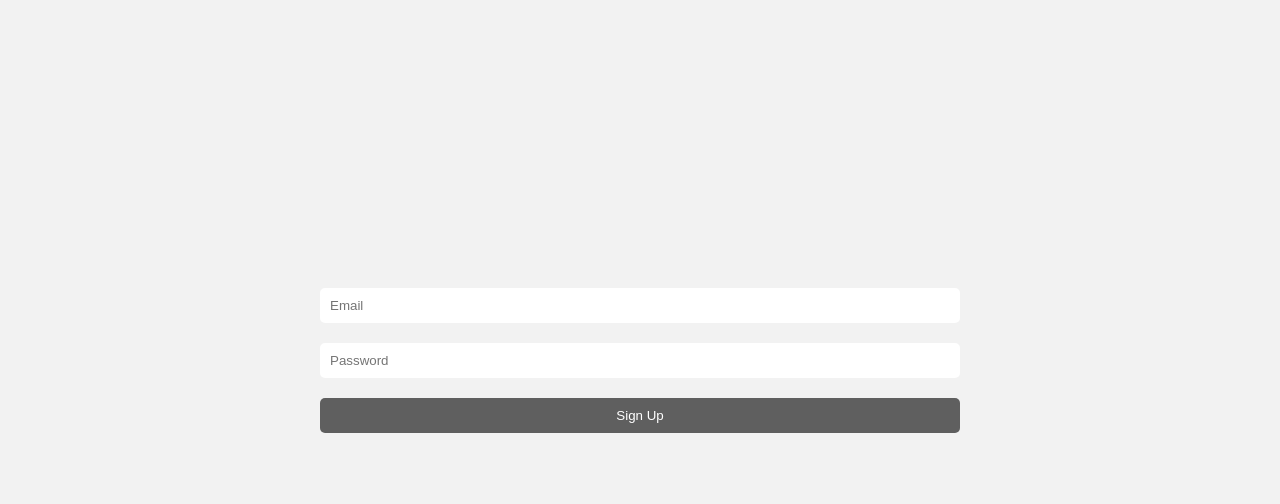
Repository: jegramin/node-auth-frontend
Page: /signup
These files come from the project's save history. The page is drawn as it stood at one moment and after the next save; the edit follows.
The browser window is 1280 px wide. The pictures show the whole page.
The project was rebuilt for these pictures with package versions that can differ from the ones it lists, and the page was loaded fresh each time. Also part of the build but not shown: src/components/blog/blog.js, src/components/blog/Blogs.js, src/components/blog/blogDetail.js, src/components/blog/blogCreate.js, src/components/authentication/login.js.

Above is the page before, as saved 2020-11-11 13:41:47.

After the next save:
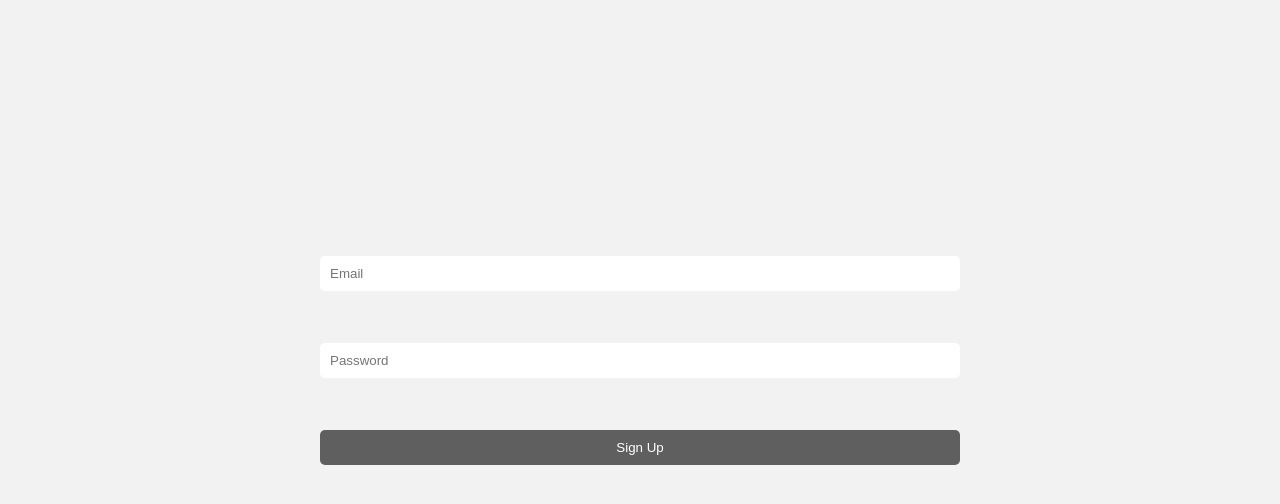
Saved 14 min 53 s later.
--- a/src/components/authentication/signup.js
+++ b/src/components/authentication/signup.js
@@ -4,6 +4,8 @@
 function Singup(props) {
     const [email, setEmail] = useState('')
     const [password, setPassword] = useState('')
+    const [emailError, setEmailError] = useState('')
+    const [passwordError, setPasswordError] = useState('')
 
     function handleClick(e) {
         e.preventDefault()
@@ -26,7 +28,9 @@
         <div className='formContainer'>
             <div className='form'>
                 <input type='email' value={email} onChange={e => setEmail(e.target.value)} placeholder="Email"/>
+                <p>{emailError}</p>
                 <input type='password' value={password} onChange={e => setPassword(e.target.value)} placeholder="Password"/>
+                <p>{passwordError}</p>
                 <input type='submit' onClick={handleClick} value='Sign Up'/>
             </div>
         </div>

After the save that followed:
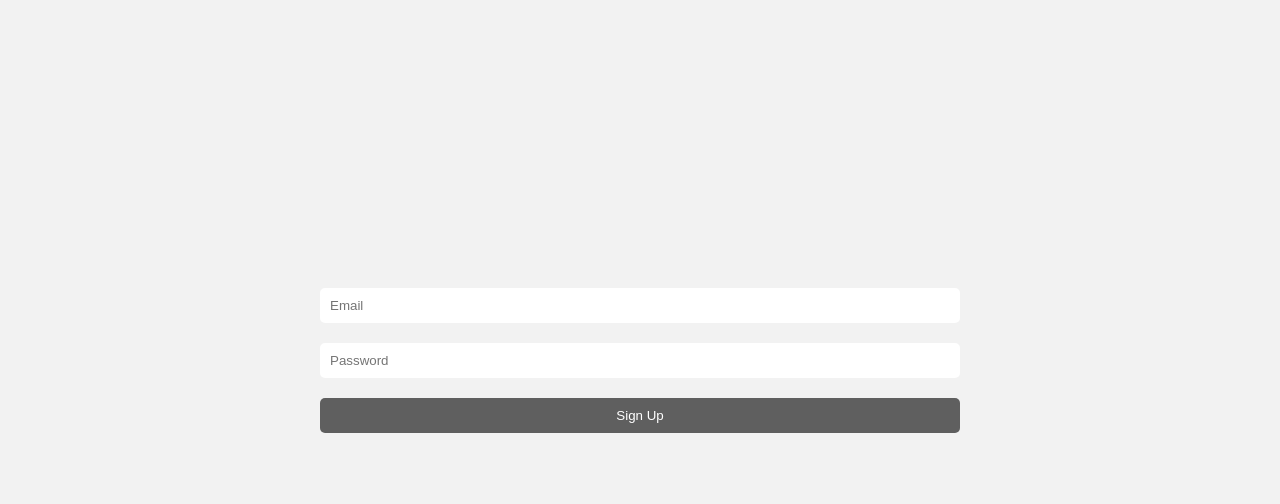
Saved 24 s later.
--- a/src/components/authentication/signup.js
+++ b/src/components/authentication/signup.js
@@ -28,9 +28,9 @@
         <div className='formContainer'>
             <div className='form'>
                 <input type='email' value={email} onChange={e => setEmail(e.target.value)} placeholder="Email"/>
-                <p>{emailError}</p>
+                <div>{emailError}</div>
                 <input type='password' value={password} onChange={e => setPassword(e.target.value)} placeholder="Password"/>
-                <p>{passwordError}</p>
+                <div>{passwordError}</div>
                 <input type='submit' onClick={handleClick} value='Sign Up'/>
             </div>
         </div>
